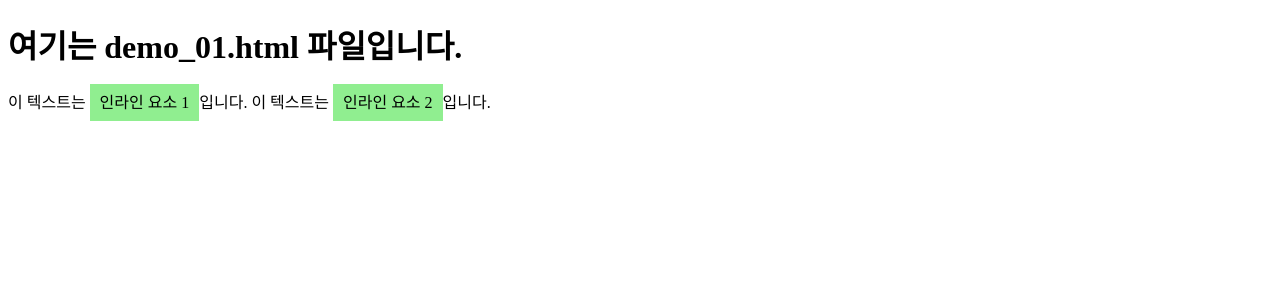
Repository: kimmingyeong225/totalJSP
Page: class_flexbox_011/src/main/webapp/demo_00.html
An editor plug-in stored every save of this project. The page is shown before and after the next save, followed by the edit.
The browser window is 1280 px wide. The pictures show the whole page.

Above is the page before, as saved 2024-07-01 00:24:56.

### class_flexbox_011/src/main/webapp/demo_00.html
<!DOCTYPE html>
<html>
<head>
<meta charset="UTF-8">
<title>인라인요소와패딩그리고마진</title>
<style type="text/css">
	.m-inline{
		background-color:lightgreen;
		padding: 10px;
		margin-top: 200px;
	}
</style>
</head>
<body>
 	<!--  http://localhost:8080/demo1/  -->
    <h1>여기는 demo_01.html 파일입니다.</h1>
    <p>
    이 텍스트는 <span class="m-inline">인라인 요소 1</span>입니다.
    이 텍스트는 <span class="m-inline">인라인 요소 2</span>입니다.
    </p>
</body>
</html>

After the next save:
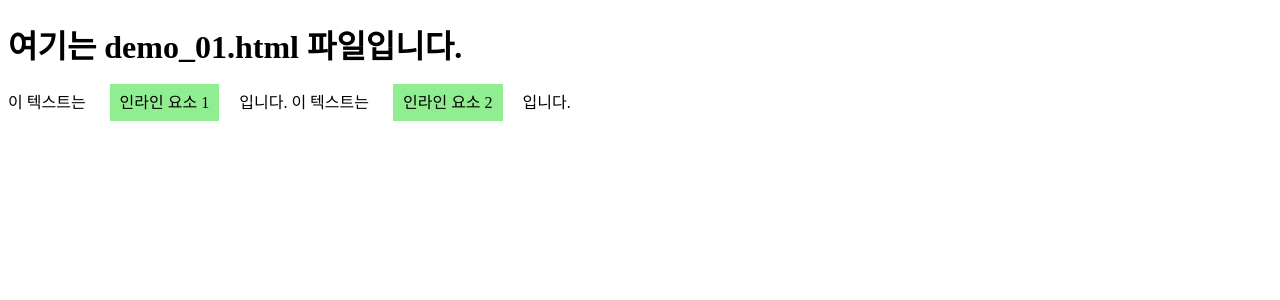
Saved 19 s later.
--- a/class_flexbox_011/src/main/webapp/demo_00.html
+++ b/class_flexbox_011/src/main/webapp/demo_00.html
@@ -8,6 +8,8 @@
 		background-color:lightgreen;
 		padding: 10px;
 		margin-top: 200px;
+		margin-left: 20px;
+		margin-right: 20px
 	}
 </style>
 </head>
